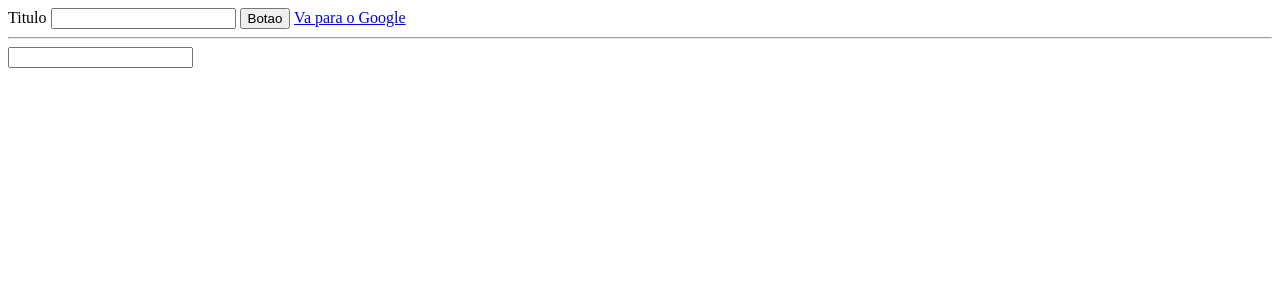
Repository: renatanohara/estudos
Page: CasaDoCodigo/seleniunWebDrive/aprendendo_selenium/src/main/java/goToGoogle.html
The author's editor kept a copy of each file at every save. The page is drawn from the files as they stood at one save, then again after the next save.
The browser window is 1280 px wide. The pictures show the whole page.

Above is the page before, as saved 2025-07-29 16:47:18.

### CasaDoCodigo/seleniunWebDrive/aprendendo_selenium/src/main/java/goToGoogle.html
<html>
	<head>Titulo</head>
	<body>
		<input class="form" id="inputId" name="inputName" type="text">
		<button class="formBtn" id="btnId" name="btnName">Botao</button>
		<a href="https://www.google.com/?hl=pt_BR">Va para o Google</a>
		<hr>
		<div class="div">
			<div class="placeholder"></div>
			<input type="text" class="inputText" name="firstName">
		</div>
	</body>
</html>

After the next save:
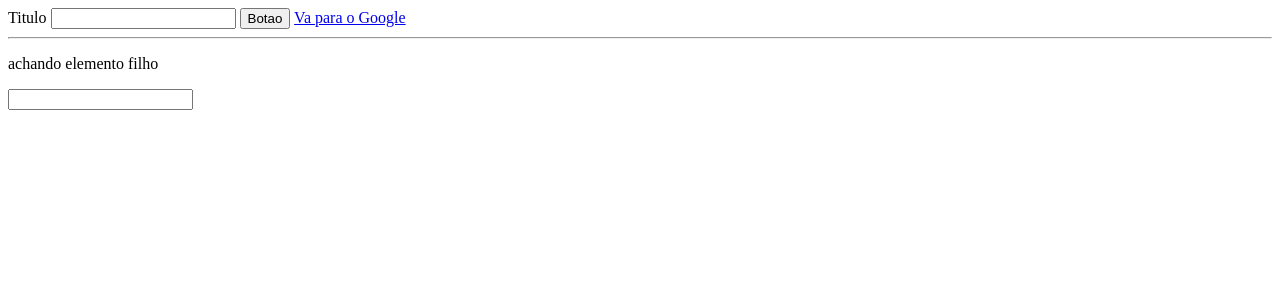
Saved 18 s later.
--- a/CasaDoCodigo/seleniunWebDrive/aprendendo_selenium/src/main/java/goToGoogle.html
+++ b/CasaDoCodigo/seleniunWebDrive/aprendendo_selenium/src/main/java/goToGoogle.html
@@ -5,6 +5,7 @@
 		<button class="formBtn" id="btnId" name="btnName">Botao</button>
 		<a href="https://www.google.com/?hl=pt_BR">Va para o Google</a>
 		<hr>
+		<p>achando elemento filho</p>
 		<div class="div">
 			<div class="placeholder"></div>
 			<input type="text" class="inputText" name="firstName">
